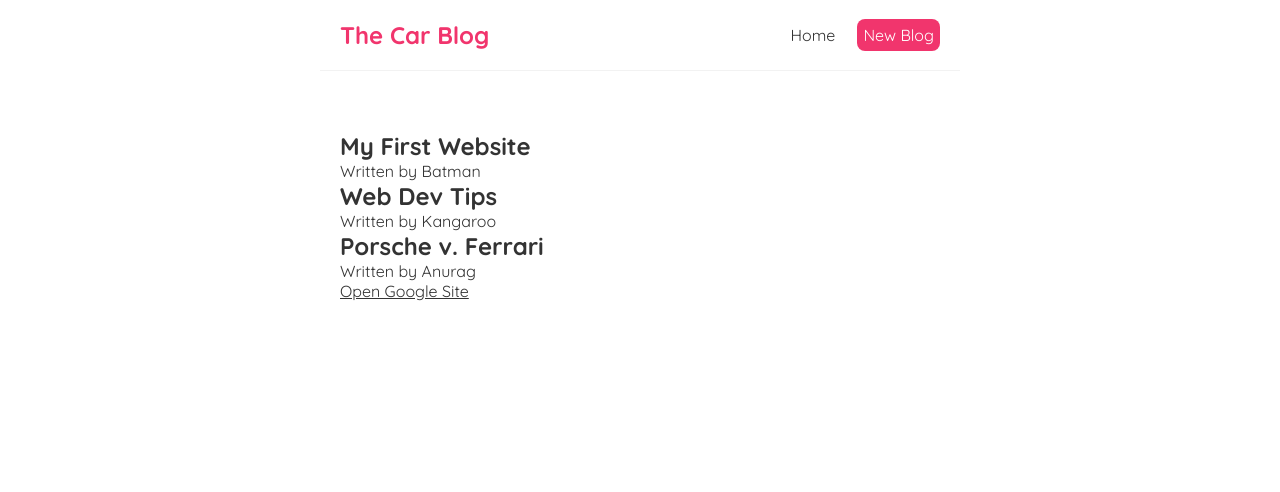
Repository: anuragkej/blogster
Page: /
The author's editor kept a copy of each file at every save. The page is drawn from the files as they stood at one save, then again after the next save.
The browser window is 1280 px wide. The pictures show the whole page.
The project was rebuilt for these pictures with package versions that can differ from the ones it lists, and the page was loaded fresh each time.

Above is the page before, as saved 2024-08-27 01:21:13.

After the next save:
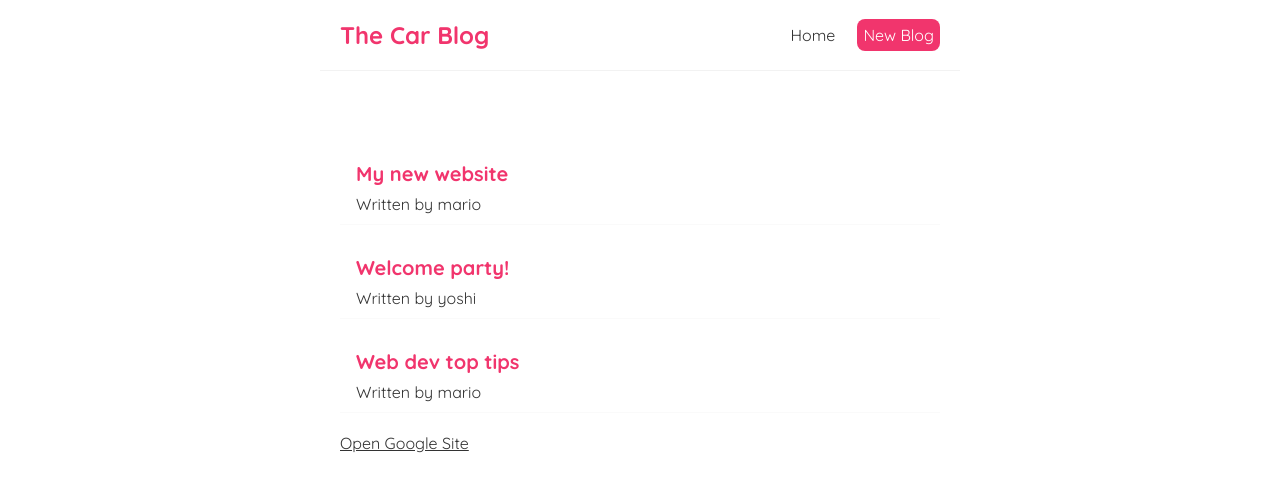
Saved 7 min 20 s later.
--- a/src/Home.js
+++ b/src/Home.js
@@ -1,39 +1,21 @@
 import { useState } from "react";
 
 const Home = () => {
-  /*Triggers  Rerendering of state of button so it is reactive.*/
-  //   const [name, setName] = useState("mario");
-  //   const [age, setAge] = useState(25);
-
-  //   const handleClick = () => {
-  //     setName("luigi");
-  //     setAge(30);
-  //   };
-
   const [blogs, setBlogs] = useState([
+    { title: "My new website", body: "lorem ipsum...", author: "mario", id: 1 },
+    { title: "Welcome party!", body: "lorem ipsum...", author: "yoshi", id: 2 },
     {
-      title: "My First Website",
-      body: "I love my website made with React!",
-      author: "Batman",
-      id: 1,
-    },
-    {
-      title: "Web Dev Tips",
-      body: "Different tools to use in Web-App Development",
-      author: "Kangaroo",
-      id: 2,
-    },
-    {
-      title: "Porsche v. Ferrari",
-      body: "Which car has better performance?",
-      author: "Anurag",
+      title: "Web dev top tips",
+      body: "lorem ipsum...",
+      author: "mario",
       id: 3,
     },
   ]);
+
   return (
     <div className="home">
       {blogs.map((blog) => (
-        <div classname="blog-preview" key={blog.id}>
+        <div className="blog-preview" key={blog.id}>
           <h2>{blog.title}</h2>
           <p>Written by {blog.author}</p>
         </div>

After the save that followed:
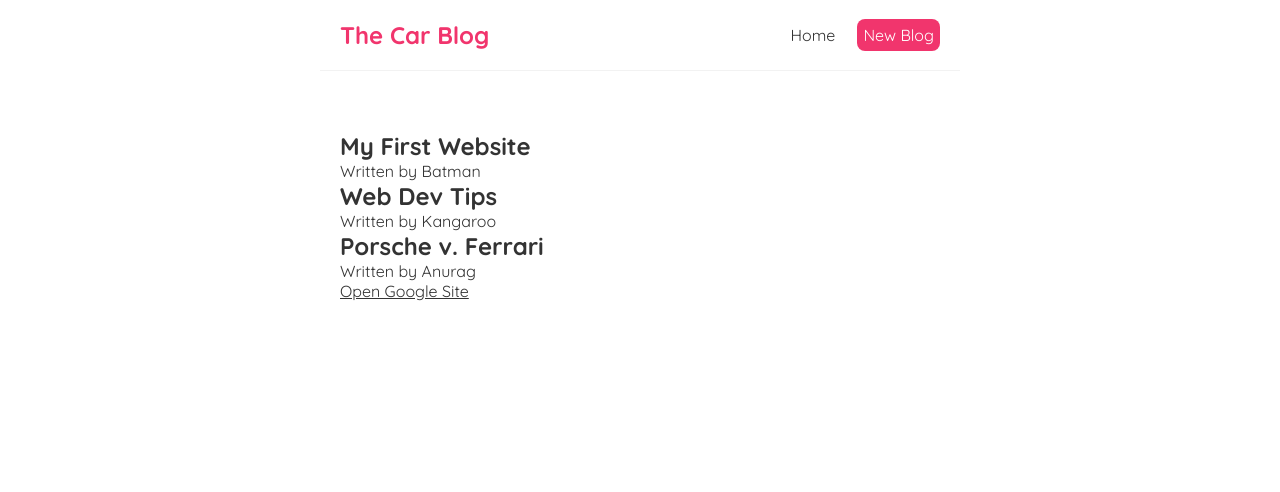
Saved 4 s later.
--- a/src/Home.js
+++ b/src/Home.js
@@ -1,21 +1,39 @@
 import { useState } from "react";
 
 const Home = () => {
+  /*Triggers  Rerendering of state of button so it is reactive.*/
+  //   const [name, setName] = useState("mario");
+  //   const [age, setAge] = useState(25);
+
+  //   const handleClick = () => {
+  //     setName("luigi");
+  //     setAge(30);
+  //   };
+
   const [blogs, setBlogs] = useState([
-    { title: "My new website", body: "lorem ipsum...", author: "mario", id: 1 },
-    { title: "Welcome party!", body: "lorem ipsum...", author: "yoshi", id: 2 },
     {
-      title: "Web dev top tips",
-      body: "lorem ipsum...",
-      author: "mario",
+      title: "My First Website",
+      body: "I love my website made with React!",
+      author: "Batman",
+      id: 1,
+    },
+    {
+      title: "Web Dev Tips",
+      body: "Different tools to use in Web-App Development",
+      author: "Kangaroo",
+      id: 2,
+    },
+    {
+      title: "Porsche v. Ferrari",
+      body: "Which car has better performance?",
+      author: "Anurag",
       id: 3,
     },
   ]);
-
   return (
     <div className="home">
       {blogs.map((blog) => (
-        <div className="blog-preview" key={blog.id}>
+        <div classname="blog-preview" key={blog.id}>
           <h2>{blog.title}</h2>
           <p>Written by {blog.author}</p>
         </div>
